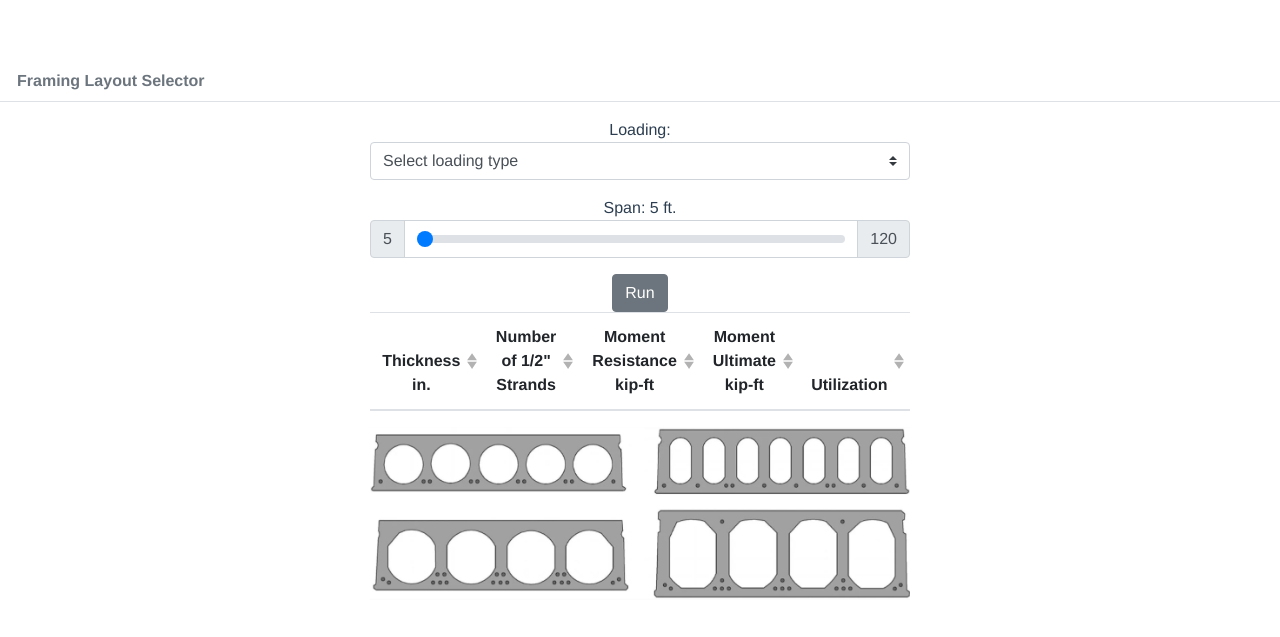
Repository: kanwarjohal/framingconceptclient
Page: /
The author's editor kept a copy of each file at every save. The page is drawn from the files as they stood at one save, then again after the next save.
The browser window is 1280 px wide. The pictures show the whole page.
The page's requests for data from a server got no answer. The project was rebuilt for these pictures with package versions that can differ from the ones it lists, and the page was loaded fresh each time. No one was signed in, and anything a server would have sent is missing.

Above is the page before, as saved 2020-04-10 17:10:50.

### src/main.js
import Vue from 'vue'
import App from './App.vue'
import { BootstrapVue} from 'bootstrap-vue'
import 'bootstrap/dist/css/bootstrap.css'
import 'bootstrap-vue/dist/bootstrap-vue.css'
import axios from 'axios'
import VueAxios from 'vue-axios'

// Install BootstrapVue
Vue.use(BootstrapVue)
Vue.prototype.$http = axios

Vue.config.productionTip = false

new Vue({
  render: h => h(App),
}).$mount('#app')

### src/components/Header.vue
<template>
    <div>
        <b-nav tabs>
            <b-nav-item disabled><b>Framing Layout Selector</b></b-nav-item>
        </b-nav>
    </div>
</template>

### src/components/LoadingType.vue


<template>
<div>
    <!-- <div class="mt-3">Building Type:</div>
    <div>
    <b-form-select v-model="selected_building">
        <option value="Select building">Select building type.</option>
        <option :value="l.loading_type" v-for="l in firstliveload" :key="l.loading">{{l.loading_type}}</option>
    </b-form-select>
    </div> -->
    <div class="mt-3">Loading:</div>
    <div>
    <b-form-select v-model="selected_loading">
        <option value="Select loading">Select loading type</option>
        <option :value="[l.occupancy, l.use, l.uniformloadpsf]" v-for="l in firstliveload">{{l.occupancy +" "+ l.use +" : "+ l.uniformloadpsf}} psf </option>
    </b-form-select>
    </div>
    <div class="mt-3">Span: {{ input_span }} ft.</div>
    <!-- <div id="app">
        <input id="my-field" v-model="input_span">
    </div> -->
    <div>
        <b-input-group prepend="5" append="120">
        <b-form-input type="range" min="5" max="120" v-model="input_span"></b-form-input>
        </b-input-group>
    </div>
    <div class="mt-3">
        <b-button v-on:click="postPost">Run</b-button>
    </div>
    <div>
    <b-table striped hover :items="hollowcoreitems" :fields="fields"></b-table>
    </div>
    <div>
        <b-img src="hollowcoresections.png" fluid alt="Responsive image"></b-img>
    </div>
</div>
</template>


<script>
import axios from 'axios'
    export default {
        data(){
                return{selected_loading:"Select loading",
                selected_building:"Select building",
                input_span:"5", hollowcoreitems:[],
                fields: [
                    {
                    key: 'depth',
                    label: 'Thickness in.',
                    sortable: true
                    },
                    {
                    key: 'strands13mm',
                    label: 'Number of 1/2" Strands',
                    sortable: true
                    },
                    {
                    key: 'mr',
                    label: 'Moment Resistance kip-ft',
                    sortable: true,
                    },
                    {
                    key: 'mu',
                    label: 'Moment Ultimate kip-ft',
                    sortable: true
                    },
                    {
                    key: 'utilization',
                    label: 'Utilization',
                    sortable: true
                    },
                ],
                }
        },
        props: {
            firstliveload: Array
        },
        methods: {
            postPost: function() {
                axios({
                    method: 'post',
                    url: 'https://strukanwar.herokuapp.com/framingrequest',
                    data: { userinput: this.selected_loading,
                            span: this.input_span
                    }
                }).then((response) => {
                    console.log(response.data)
                    this.hollowcoreitems = response.data
                })
            }
        }
    }
</script>

//    .then((response) => {
//                 return response.json()
//             })
//             .then((jsonData) => {
//                 this.framingresponse = jsonData.framingresponse;
//             })

Loaded but not shown: public/index.html (common file); src/App.vue (common file)

After the next save:
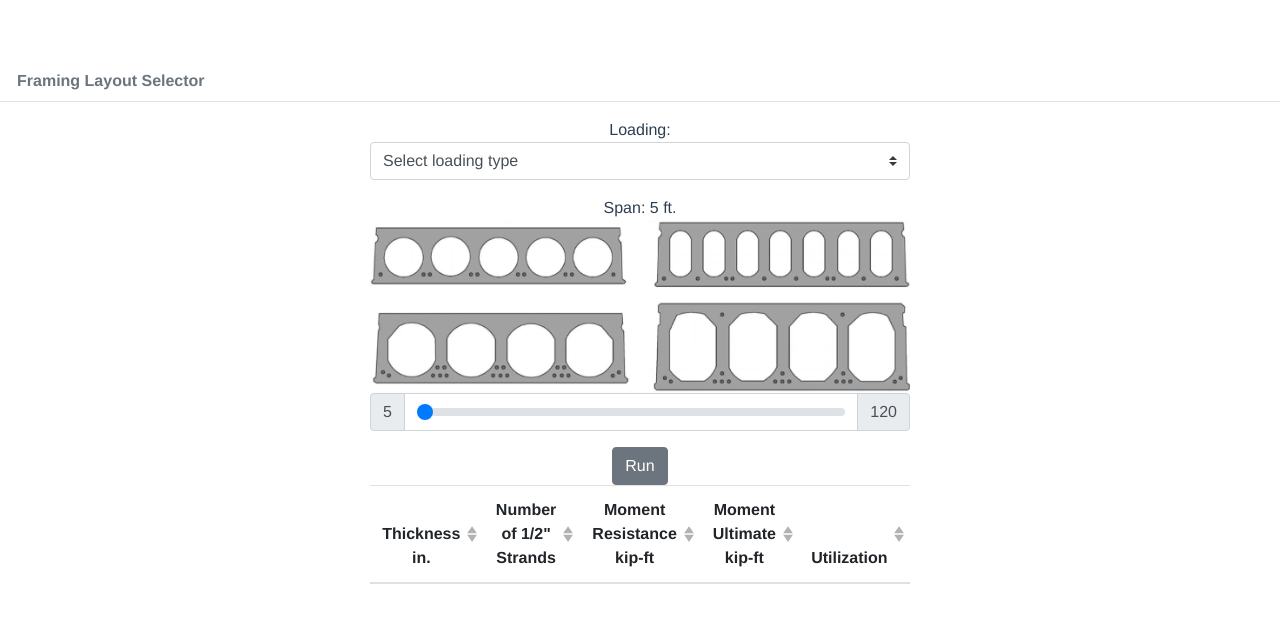
Saved 86 s later.
--- a/src/components/LoadingType.vue
+++ b/src/components/LoadingType.vue
@@ -21,6 +21,9 @@
         <input id="my-field" v-model="input_span">
     </div> -->
     <div>
+        <b-img src="hollowcoresections.png" fluid alt="Responsive image"></b-img>
+    </div>
+    <div>
         <b-input-group prepend="5" append="120">
         <b-form-input type="range" min="5" max="120" v-model="input_span"></b-form-input>
         </b-input-group>
@@ -30,9 +33,6 @@
     </div>
     <div>
     <b-table striped hover :items="hollowcoreitems" :fields="fields"></b-table>
-    </div>
-    <div>
-        <b-img src="hollowcoresections.png" fluid alt="Responsive image"></b-img>
     </div>
 </div>
 </template>
